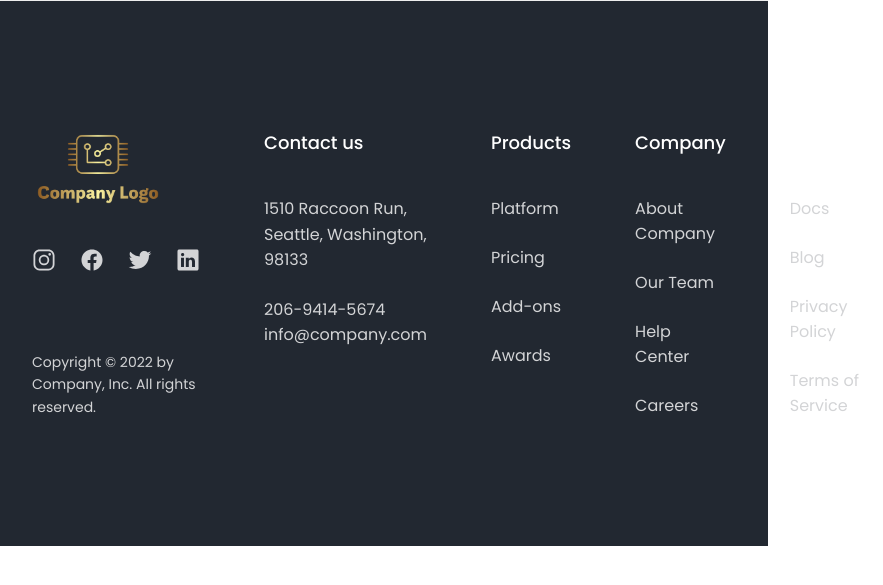
Repository: bijaythakur-code/responsive-footer-design-html-css
Page: index.html
The author's editor kept a copy of each file at every save. The page is drawn from the files as they stood at one save, then again after the next save.
The browser window is 768 px wide. The page is 883 px wide, then 768 px, so the pictures cover 883 px, including what lies to the right of the window. The pictures show the whole page.

Above is the page before, as saved 2022-07-27 14:44:23.

### index.html
<!DOCTYPE html>
<html lang="en">
  <head>
    <meta charset="UTF-8" />
    <meta http-equiv="X-UA-Compatible" content="IE=edge" />
    <meta name="viewport" content="width=device-width, initial-scale=1.0" />
    <link rel="preconnect" href="https://fonts.googleapis.com" />
    <link rel="preconnect" href="https://fonts.gstatic.com" crossorigin />
    <link
      href="https://fonts.googleapis.com/css2?family=Poppins:wght@400;500;600;700&display=swap"
      rel="stylesheet"
    />
    <link rel="stylesheet" href="/css/style.css" />
    <title>Responsive footer design using HTML and CSS</title>
  </head>
  <body>
    <footer class="footer">
      <div class="container footer-wrapper">
        <div class="logo-col">
          <a href="#" class="footer-logo">
            <img src="/img/company-logo.png" alt="Company Logo" class="logo" />
          </a>

          <ul class="social-links">
            <li>
              <a href="#" class="footer-link">
                <ion-icon class="social-icon" name="logo-instagram"></ion-icon>
              </a>
            </li>
            <li>
              <a href="#" class="footer-link">
                <ion-icon class="social-icon" name="logo-facebook"></ion-icon>
              </a>
            </li>
            <li>
              <a href="#" class="footer-link">
                <ion-icon class="social-icon" name="logo-twitter"></ion-icon>
              </a>
            </li>
            <li>
              <a href="#" class="footer-link">
                <ion-icon class="social-icon" name="logo-linkedin"></ion-icon>
              </a>
            </li>
          </ul>

          <p class="copyright">
            Copyright &copy; 2022 by Company, Inc. All rights reserved.
          </p>
        </div>

        <div class="address-col">
          <p class="footer-heading">Contact us</p>
          <address class="contacts">
            <p class="address">1510 Raccoon Run, Seattle, Washington, 98133</p>
            <p>
              <a href="tel:206-9414-5674" class="footer-link">206-9414-5674</a>
              <br />
              <a href="mailto:info@company.com" class="footer-link"
                >info@company.com</a
              >
            </p>
          </address>
        </div>

        <nav class="nav-col">
          <p class="footer-heading">Products</p>
          <ul class="footer-nav">
            <li><a href="#" class="footer-link">Platform</a></li>
            <li><a href="#" class="footer-link">Pricing</a></li>
            <li><a href="#" class="footer-link">Add-ons</a></li>
            <li><a href="#" class="footer-link">Awards</a></li>
          </ul>
        </nav>

        <nav class="nav-col">
          <p class="footer-heading">Company</p>
          <ul class="footer-nav">
            <li><a href="#" class="footer-link">About Company</a></li>
            <li><a href="#" class="footer-link">Our Team</a></li>
            <li><a href="#" class="footer-link">Help Center</a></li>
            <li><a href="#" class="footer-link">Careers</a></li>
          </ul>
        </nav>

        <nav class="nav-col">
          <p class="footer-heading">Resources</p>
          <ul class="footer-nav">
            <li><a href="#" class="footer-link">Docs</a></li>
            <li><a href="#" class="footer-link">Blog</a></li>
            <li><a href="#" class="footer-link">Privacy Policy</a></li>
            <li><a href="#" class="footer-link">Terms of Service</a></li>
          </ul>
        </nav>
      </div>
    </footer>
    <script
      type="module"
      src="https://unpkg.com/ionicons@5.5.2/dist/ionicons/ionicons.esm.js"
    ></script>
    <script
      nomodule
      src="https://unpkg.com/ionicons@5.5.2/dist/ionicons/ionicons.js"
    ></script>
  </body>
</html>

### css/style.css
:root {
  /* COLOR VARIABLES */
  --footer-background-color: #222831;
  --footer-heading-color: #ffffff;
  --footer-link-color: #d3d4d6;
  --footer-link-hover-color: #c8b568;
}

*,
*::after,
*::before {
  padding: 0;
  margin: 0;
  box-sizing: border-box;
}

body {
  font-family: 'Poppins', sans-serif;
  font-weight: 400;
}

ul {
  list-style: none;
}

a {
  text-decoration: none;
}

.container {
  max-width: 1120px;
  padding: 0 32px;
  margin: 0 auto;
}

/* ====== Footer ======= */

.logo {
  height: 80px;
}

.footer {
  padding: 128px 0;
  border-top: 1px solid #eee;
  background-color: var(--footer-background-color);
}

.footer-wrapper {
  display: grid;
  grid-template-columns: 1.5fr 1.5fr 1fr 1fr 1fr;
  column-gap: 64px;
  row-gap: 96px;
}

.logo-col {
  display: flex;
  flex-direction: column;
}

.footer-logo {
  display: block;
  margin-bottom: 32px;
}

.social-links {
  display: flex;
  gap: 24px;
}

.social-icon {
  height: 24px;
  width: 24px;
}

.social-icon:hover {
  color: var(--footer-link-hover-color);
}

.copyright {
  font-size: 14px;
  line-height: 1.6;
  color: var(--footer-link-color);
  margin-top: auto;
}

.footer-heading {
  font-size: 18px;
  font-weight: 500;
  margin-bottom: 40px;
  color: var(--footer-heading-color);
}

.contacts {
  font-style: normal;
  font-size: 16px;
  line-height: 1.6;
}

.address {
  margin-bottom: 24px;
  color: var(--footer-link-color);
}

.footer-nav {
  display: flex;
  flex-direction: column;
  gap: 24px;
}

.footer-link:link,
.footer-link:visited {
  text-decoration: none;
  font-size: 16px;
  color: var(--footer-link-color);
  transition: all 0.3s;
}

.footer-link:hover,
.footer-link:active {
  text-decoration: underline;
}

After the next save:
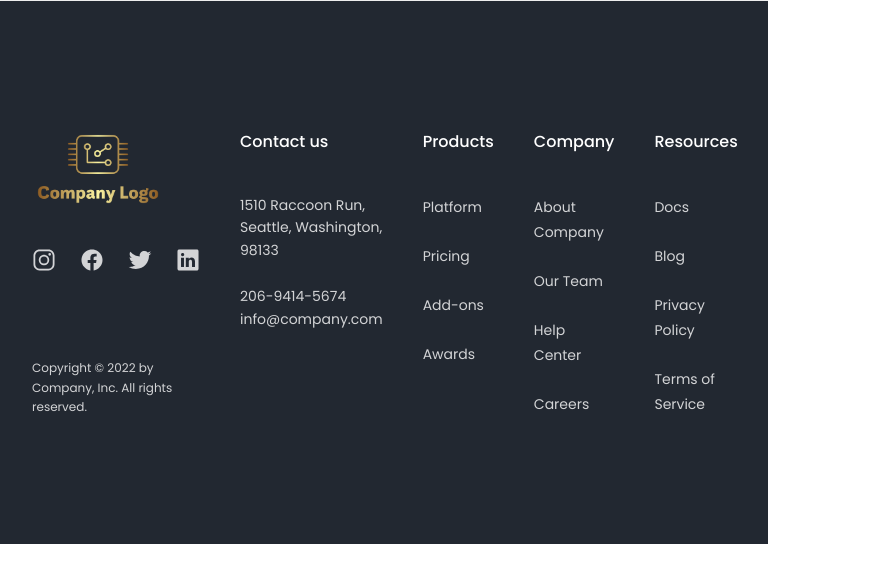
Saved 3 min 49 s later.
--- a/css/style.css
+++ b/css/style.css
@@ -119,3 +119,30 @@ a {
 .footer-link:active {
   text-decoration: underline;
 }
+
+/* Media Queries */
+
+/* ============= BELOW 896px =========== */
+@media (max-width: 56em) {
+  .footer-wrapper {
+    column-gap: 40px;
+    row-gap: 72px;
+  }
+
+  .copyright {
+    font-size: 12px;
+  }
+
+  .footer-heading {
+    font-size: 16px;
+  }
+
+  .contacts {
+    font-size: 14px;
+  }
+
+  .footer-link:link,
+  .footer-link:visited {
+    font-size: 14px;
+  }
+}
